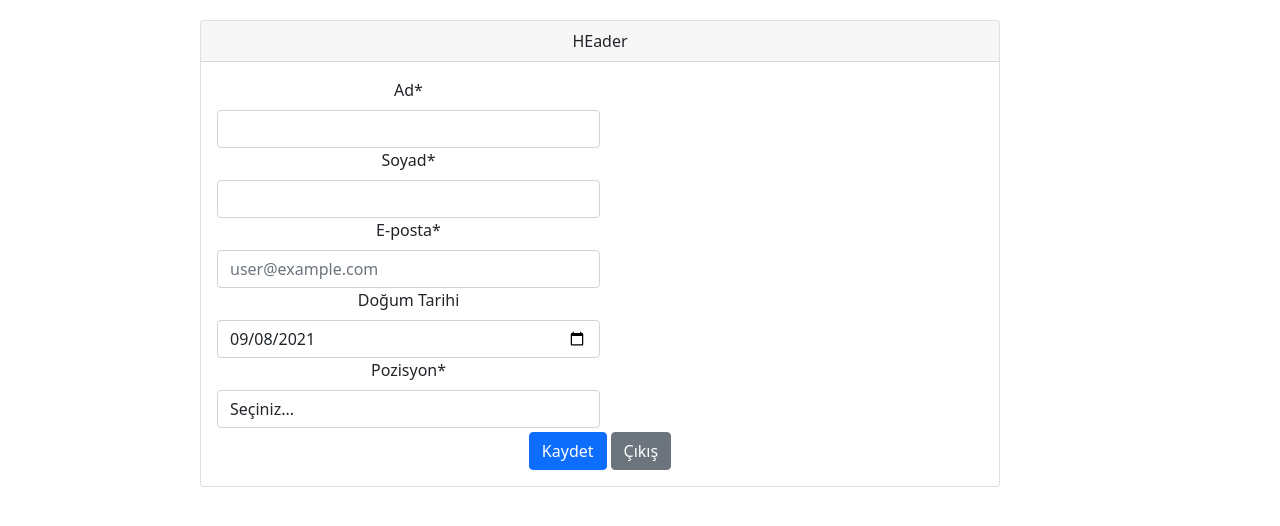
Repository: okankrdg/ReactCoreCRUD
Page: /employee/create (app in ReactCoreCRUD.Web/client/)
These files come from the project's save history. The page is drawn as it stood at one moment and after the next save; the edit follows.
The browser window is 1280 px wide. The pictures show the whole page.
The page's requests for data from a server got no answer. The project was rebuilt for these pictures with package versions that can differ from the ones it lists, and the page was loaded fresh each time. No one was signed in, and anything a server would have sent is missing. Also part of the build but not shown: ReactCoreCRUD.Web/client/src/pages/Employee/index.tsx, ReactCoreCRUD.Web/client/src/pages/Exception/index.tsx.

Above is the page before, as saved 2021-10-10 22:20:29.

### ReactCoreCRUD.Web/client/src/index.tsx
import React from "react";
import ReactDOM from "react-dom";
import "./index.css";
import App from "./App";
import { Router } from "react-router-dom";
import "./dist/bootstrap/bootstrap.min.css";
import history from "./history.js";
ReactDOM.render(
  <React.StrictMode>
    <Router history={history}>
      <App />
    </Router>
  </React.StrictMode>,
  document.getElementById("root")
);

### ReactCoreCRUD.Web/client/src/index.css
body {
  margin: 0;
  font-family: -apple-system, BlinkMacSystemFont, 'Segoe UI', 'Roboto', 'Oxygen',
    'Ubuntu', 'Cantarell', 'Fira Sans', 'Droid Sans', 'Helvetica Neue',
    sans-serif;
  -webkit-font-smoothing: antialiased;
  -moz-osx-font-smoothing: grayscale;
}

code {
  font-family: source-code-pro, Menlo, Monaco, Consolas, 'Courier New',
    monospace;
}
.employeeForm{
      padding: 20px;
      text-align: left;
      border: 2px solid #e5e3e3;
      box-shadow: 3px 3px 3px rgna(1,1,1,1);
      box-shadow: rgb(0 0 0 / 35%) 0px 5px 15px;

}
.App{
  text-align: center;
    display: flex;
    justify-content: center;
    max-width: 1200px;
    margin-top: 20px;
}
.employee-index{
  width: 80%;
  box-shadow: rgb(0 0 0 / 35%) 0px 5px 15px;
}

### ReactCoreCRUD.Web/client/src/App.tsx
import { Switch, Route } from "react-router-dom";
import CreateOrEdit from "./pages/Employee/createOrEdit";
import Index from "./pages/Employee";
import Exception from "./pages/Exception/index";
import "./App.css";

function App() {
  return (
    <div className="App">
      <Switch>
        <Route path="/employee/edit/:id" component={CreateOrEdit} />
        <Route path="/employee/create" component={CreateOrEdit} />
        <Route path="/employee/index" component={Index} />
        <Route path="/exception/type=:type" component={Exception} />
      </Switch>
    </div>
  );
}

export default App;

### ReactCoreCRUD.Web/client/src/pages/Employee/createOrEdit.tsx
import { useParams, useHistory } from "react-router-dom";
import {
  EmployeeType,
  EmployeeDTO,
  employeeService,
} from "../../services/EmployeeService";
import { useEffect, useState } from "react";
const CreateOrEdit = () => {
  interface RouteParams {
    id: string;
  }
  interface EmployeeValidationState {
    firstName: boolean;
    lastName: boolean;
    birthDate: boolean;
    email: boolean;
    employeeTypeId: boolean;
  }
  const params = useParams<RouteParams>();
  const history = useHistory();
  const [employee, setEmployee] = useState<EmployeeDTO>({
    firstName: "",
    lastName: "",
    birthDate: new Date().toISOString().substring(0, 10),
    email: "",
    employeeTypeId: undefined,
  });
  const [employeeTypes, setEmployeeTypes] = useState<EmployeeType[]>([]);
  const [employeeValidation, setEmployeeValidation] =
    useState<EmployeeValidationState>({
      firstName: true,
      lastName: true,
      birthDate: true,
      email: true,
      employeeTypeId: true,
    });

  useEffect(() => {
    const idParam = parseInt(params.id);
    employeeService
      .getEmployeeTypes()
      .then((response) => {
        setEmployeeTypes(response.data);
      })
      .catch((e) => {
        console.log(e);
      });
    if (idParam) {
      employeeService
        .getById(idParam)
        .then((response) => {
          setEmployee(response.data);
        })
        .catch((e) => {
          console.log(e);
        });
    }
  }, [params.id]);
  const setValid = () => {
    if (
      employee.firstName === "" ||
      employee.firstName == null ||
      employee.firstName?.length < 2
    ) {
      employeeValidation.firstName = false;
    } else {
      employeeValidation.firstName = true;
    }
    if (
      employee.lastName === "" ||
      employee.lastName == null ||
      employee.lastName?.length < 2
    ) {
      employeeValidation.lastName = false;
    } else {
      employeeValidation.lastName = true;
    }
    if (
      employee.email === "" ||
      employee.email == null ||
      !/\S+@\S+\.\S+/.test(employee.email)
    ) {
      employeeValidation.email = false;
    } else {
      employeeValidation.email = true;
    }
    if (
      employee.employeeTypeId === undefined ||
      employee.employeeTypeId == null
    ) {
      employeeValidation.employeeTypeId = false;
    } else {
      employeeValidation.employeeTypeId = true;
    }
    setEmployeeValidation({ ...employeeValidation });
    return employeeValidation;
  };
  const isValidForm = (model: EmployeeValidationState) => {
    return (
      model.firstName && model.lastName && model.email && model.employeeTypeId
    );
  };
  const submitForm = () => {
    const idParam = parseInt(params.id);
    var model = setValid();
    if (isValidForm(model)) {
      if (!idParam) {
        employeeService
          .create(employee)
          .then((response) => {
            history.push("/employee/index");
          })
          .catch((error) => {
            console.log(error.response);
          });
      } else {
        employeeService
          .update(employee, idParam)
          .then((response) => {
            history.push("/employee/index");
          })
          .catch((error) => {
            console.log(error);
          });
      }
    }
  };
  return (
    <div className="card col-md-8">
      <div className="card-header">HEader</div>
      <div className="card-body">
        <div className="text-align-start">
          <div className="col-md-6">
            <label className="form-label">Ad*</label>
            <input
              type="text"
              className={`form-control ${
                employeeValidation.firstName ? "" : "is-invalid"
              }`}
              id="name"
              required
              value={employee?.firstName}
              onChange={(e) =>
                setEmployee({ ...employee, firstName: e.target.value })
              }
            />
            {employeeValidation.firstName ? (
              ""
            ) : (
              <div className="invalid-feedback">
                En az iki karakter girmelisiniz
              </div>
            )}
          </div>
          <div className="col-md-6">
            <label className="form-label">Soyad*</label>
            <input
              type="text"
              className={`form-control ${
                employeeValidation.lastName ? "" : "is-invalid"
              }`}
              id="name"
              value={employee?.lastName}
              onChange={(e) =>
                setEmployee({ ...employee, lastName: e.target.value })
              }
            />
            {employeeValidation.lastName ? (
              ""
            ) : (
              <div className="invalid-feedback">
                En az iki karakter girmelisiniz
              </div>
            )}
          </div>
          <div className="col-md-6">
            <label className="form-label">E-posta*</label>
            <input
              type="email"
              className={`form-control ${
                employeeValidation.email ? "" : "is-invalid"
              }`}
              placeholder="user@example.com"
              id="email"
              required
              value={employee?.email}
              onChange={(e) =>
                setEmployee({ ...employee, email: e.target.value })
              }
            />
            {employeeValidation.email ? (
              ""
            ) : (
              <div className="invalid-feedback">
                E-posta alanı boş ya da doğru biçimde değil
              </div>
            )}
          </div>
          <div className="col-6">
            <label className="form-label">Doğum Tarihi</label>
            <input
              type="date"
              className="form-control"
              id="birthDate"
              value={employee?.birthDate?.substring(0, 10)}
              onChange={(e) =>
                setEmployee({
                  ...employee,
                  birthDate: e.currentTarget.value,
                })
              }
            />
          </div>
          <div className="col-md-6">
            <label className="form-label">Pozisyon*</label>
            <select
              id="inputState"
              className={`form-control ${
                employeeValidation.employeeTypeId ? "" : "is-invalid"
              }`}
              value={employee?.employeeTypeId}
              onChange={(e) =>
                setEmployee({
                  ...employee,
                  employeeTypeId: parseInt(e.target.value),
                })
              }
            >
              <option value="">Seçiniz...</option>
              {employeeTypes.map((et) => (
                <option key={et.id} value={et.id}>
                  {et.name}
                </option>
              ))}
            </select>
            {employeeValidation.employeeTypeId ? (
              ""
            ) : (
              <div className="invalid-feedback">
                Lütfen pozisyon tipi seçiniz
              </div>
            )}
          </div>
          <div className="col-12 pt-1">
            <button
              type="submit"
              onClick={submitForm}
              className="btn btn-primary me-1"
            >
              Kaydet
            </button>
            <a href="/employee/index" className="btn btn-secondary">
              Çıkış
            </a>
          </div>
        </div>
      </div>
    </div>
  );
};
export default CreateOrEdit;

### ReactCoreCRUD.Web/client/src/services/EmployeeService.ts
import axios from "axios";
import history from "../history";

export interface EmployeeDTO {
  firstName: string;
  lastName: string;
  birthDate: string;
  email: string;
  employeeTypeId: number | undefined;
}
export interface EmployeeIndexDTO {
  id: number;
  firstName: string;
  lastName: string;
  age?: number;
  email: string;
  employeeTypeName: string;
}
export interface EmployeeType {
  id: string;
  name: string;
}
const baseUrl = `/api/`;
const http = axios.create({
  baseURL: baseUrl,
  headers: {
    "Content-type": "application/json",
  },
});

const getAll = () => {
  return http.get<EmployeeIndexDTO[]>("employee");
};
const getById = (id: number) => {
  return http.get<EmployeeDTO>(`employee?id=${id}`);
};
const create = (model: EmployeeDTO) => {
  return http.post<EmployeeDTO>("employee", model);
};
const update = (model: EmployeeDTO, id: number) => {
  return http.put<EmployeeDTO>("employee", { ...model, id });
};
const _delete = (id: number) => {
  return http.delete(`employee?id=${id}`);
};
const getEmployeeTypes = () => {
  return http.get<EmployeeType[]>("employeeTypes");
};
http.interceptors.response.use(
  (response) => {
    return response;
  },
  (error) => {
    if (!error.response || typeof error.response.data !== "object") {
      setTimeout(() => {}, 1000);
      return Promise.reject(error);
    }
    const { status, config, data } = error.response;
    console.log(status, config, data);
    if (config.method === "get") {
      if (status === 401) {
        history.push("/exception/type=401");
      } else if (status === 403) {
        history.push("/exception/type=403");
      } else if (status === 404) {
        history.push("/exception/type=404");
      } else if (status === 500) {
        history.push("/exception/type=500");
      }
    }
  }
);
export const employeeService = {
  getAll,
  getById,
  create,
  update,
  delete: _delete,
  getEmployeeTypes,
};

Loaded but not shown: ReactCoreCRUD.Web/client/public/index.html (common file); ReactCoreCRUD.Web/client/src/dist/bootstrap/bootstrap.min.css (library); ReactCoreCRUD.Web/client/src/history.js (common file); ReactCoreCRUD.Web/client/src/App.css (common file)

After the next save:
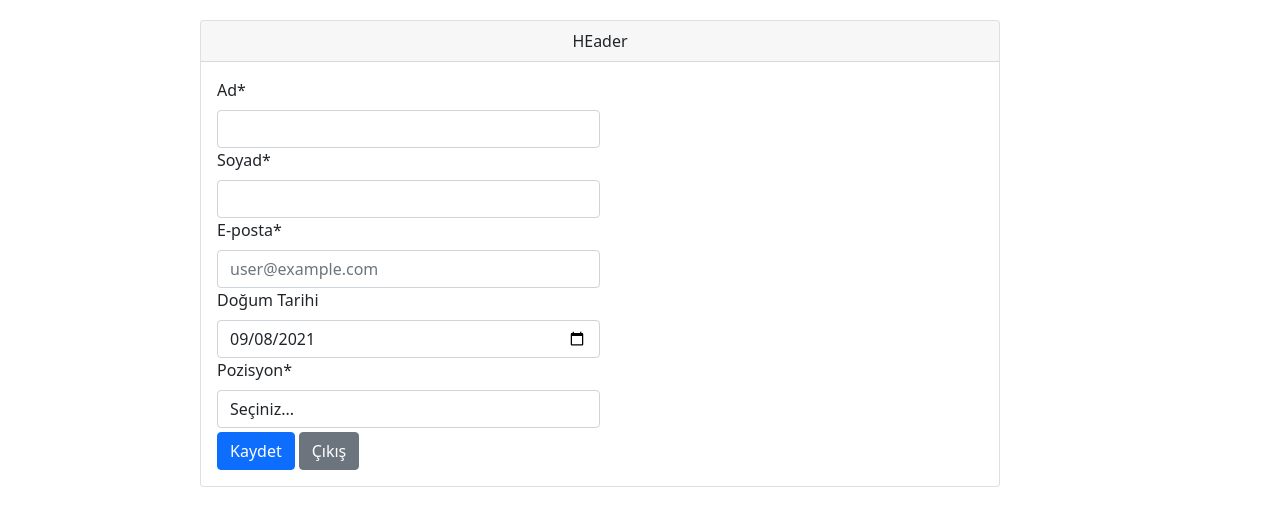
Saved 23 s later.
--- a/ReactCoreCRUD.Web/client/src/pages/Employee/createOrEdit.tsx
+++ b/ReactCoreCRUD.Web/client/src/pages/Employee/createOrEdit.tsx
@@ -129,7 +129,7 @@ const CreateOrEdit = () => {
     <div className="card col-md-8">
       <div className="card-header">HEader</div>
       <div className="card-body">
-        <div className="text-align-start">
+        <div className="text-start">
           <div className="col-md-6">
             <label className="form-label">Ad*</label>
             <input
